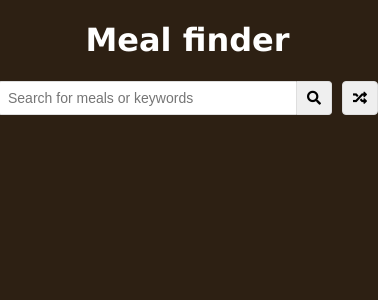
Repository: atko87/meal-finder
Page: index.html
The author's editor kept a copy of each file at every save. The page is drawn from the files as they stood at one save, then again after the next save.
The browser window is 375 px wide. The page is 378 px wide, then 375 px, so the pictures cover 378 px, including what lies to the right of the window. The pictures show the whole page.
Some web libraries are served in a nearby version.

Above is the page before, as saved 2020-04-21 20:58:33.

### index.html
<!DOCTYPE html>
<html lang="en">
  <head>
    <meta charset="UTF-8" />
    <meta name="viewport" content="width=device-width, initial-scale=1.0" />
    <title>Meal Finder</title>
    <link
      rel="stylesheet"
      href="https://cdnjs.cloudflare.com/ajax/libs/font-awesome/5.10.2/css/all.min.css"
    />
    <link rel="stylesheet" href="style.css" />
  </head>
  <body>
    <div class="container">
      <h1>Meal finder</h1>
      <div class="flex">
        <form class="flex" id="submit">
          <input
            type="text"
            id="search"
            placeholder="Search for meals or keywords"
          />
          <button class="search-btn" type="submit">
            <i class="fas fa-search"></i>
          </button>
        </form>
        <button class="random-btn" id="random">
          <i class="fas fa-random"></i>
        </button>
      </div>

      <div id="result-heading"></div>
      <div id="meals" class="meals"></div>
      <div id="single-meal"></div>
    </div>

    <script src="script.js"></script>
  </body>
</html>

### style.css
* {
  box-sizing: border-box;
}

body {
  background: #2d2013;
  color: #fff;
  font-family: Verdana, Geneva, Tahoma, sans-serif;
  margin: 0;
}
.container {
  margin: auto;
  max-width: 800px;
  display: flex;
  flex-direction: column;
  align-items: center;
  justify-content: center;
  text-align: center;
}

.flex {
  display: flex;
}

input,
button {
  border: 1px solid #dedede;
  border-top-left-radius: 4px;
  border-bottom-left-radius: 4px;
  font-size: 14px;
  padding: 8px 10px;
  margin: 0;
}

input[type="text"] {
  width: 300px;
}

.search-btn {
  cursor: pointer;
  border-left: 0;
  border-radius: 0;
  border-top-right-radius: 4px;
  border-bottom-right-radius: 4px;
}
.random-btn {
  cursor: pointer;
  margin-left: 10px;
  border-top-right-radius: 4px;
  border-bottom-right-radius: 4px;
}

Loaded but not shown: script.js (no copy from this time; the picture is the same without it)

After the next save:
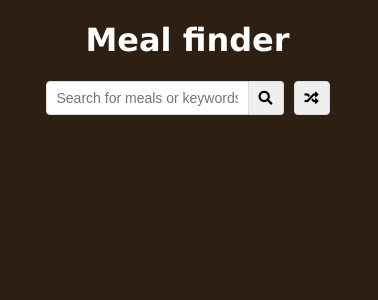
Saved 107 s later.
--- a/style.css
+++ b/style.css
@@ -49,3 +49,13 @@ input[type="text"] {
   border-top-right-radius: 4px;
   border-bottom-right-radius: 4px;
 }
+
+@media (max-width: 800px) {
+}
+@media (max-width: 700px) {
+}
+@media (max-width: 500px) {
+  input[type="text"] {
+    width: 100%;
+  }
+}
